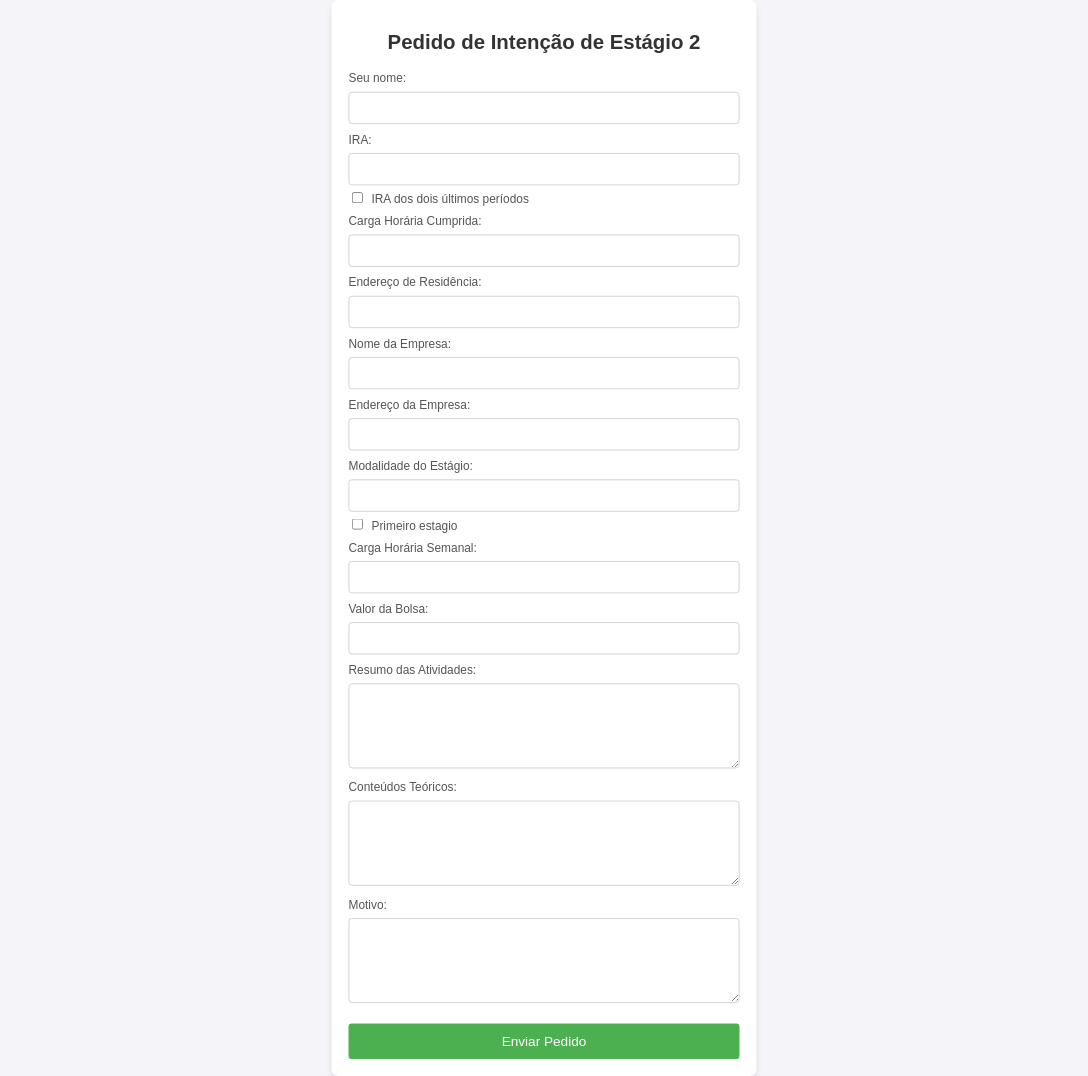
Repository: CronosUchoa/ArqSoft
Page: http://localhost/PedidoIntencaoNovoEstagioRDG/
These files come from the project's save history. The page is drawn as it stood at one moment and after the next save; the edit follows.
The browser window is 1280 px wide. The pictures show the whole page, at 85% of full size.
The page is served by Tomcat 9. Other server files are loaded and not shown.

Above is the page before, as saved 2024-11-27 12:42:40.

### PedidoIntencaoNovoEstagioRDG/src/main/webapp/WEB-INF/JSPS/index.jsp
<!DOCTYPE html>
<html lang="pt-br">
<head>
    <meta charset="UTF-8">
    <meta name="viewport" content="width=device-width, initial-scale=1.0">
    <title>Formulário de Pedido de Intenção</title>
    <style>
        body {
            font-family: Arial, sans-serif;
            background-color: #f4f4f9;
            display: flex;
            justify-content: center;
            align-items: center;
            margin: 0;
        }
        form {
            background-color: #fff;
            padding: 20px;
            border-radius: 8px;
            box-shadow: 0 4px 8px rgba(0, 0, 0, 0.1);
            width: 100%;
            max-width: 500px;
            box-sizing: border-box;
        }
        h1 {
            text-align: center;
            color: #333;
            font-size: 24px;
            margin-bottom: 20px;
        }
        label {
            font-size: 14px;
            color: #555;
            margin-top: 10px;
            display: block;
        }
        input, textarea, button {
            width: 100%;
            padding: 10px;
            margin-top: 8px;
            border-radius: 4px;
            border: 1px solid #ccc;
            font-size: 14px;
            box-sizing: border-box;
        }
        textarea {
            resize: vertical;
            min-height: 100px;
        }
        button {
            background-color: #4CAF50;
            color: white;
            border: none;
            cursor: pointer;
            font-size: 16px;
            margin-top: 20px;
            padding: 12px;
        }
        button:hover {
            background-color: #45a049;
        }
        /* New styles for checkbox container */
        .checkbox-container {
            display: flex;
            align-items: center;
            margin-top: 8px;
        }
        .checkbox-container input {
            width: auto;
            margin-right: 10px;
            margin-top: 0;
        }
        .checkbox-container label {
            margin-top: 0;
            display: inline;
        }
        .message {
            padding: 10px;
            margin-bottom: 20px;
            text-align: center;
            font-size: 14px;
            border-radius: 4px;
        }
        .success {
            background-color: #e6ffe6;
            color: #4CAF50;
            border: 1px solid #4CAF50;
        }
        .error {
            background-color: #ffe6e6;
            color: #f44336;
            border: 1px solid #f44336;
        }
    </style>
</head>
<body>
    <form action="Controller" method="post" onsubmit="return validarEGerarIdentificador()">
        <h1>Pedido de Intenção de Estágio 2</h1>
        <input type="hidden" name="action" value="criarPedidoIntencao">

         <!-- Área para mensagens -->
        <%
            String mensagem = (String) request.getAttribute("mensagem");
            String tipoMensagem = (String) request.getAttribute("tipoMensagem");
            if (mensagem != null && tipoMensagem != null) {
        %>
            <div class="message <%= tipoMensagem %>">
                <%= mensagem %>
            </div>
        <% } %>

	    <input type="hidden" name="identificadorExistente" id="identificadorExistente">
	    <input type="hidden" name="identificador" id="identificador">

	    <script>
	    function validarEGerarIdentificador() {
	        // Recupera o identificador do usuário se já existir
	        const identificadorSalvo = localStorage.getItem('identificadorPedido_' + document.getElementById('usuario').value);

	        // Se já existir um identificador para este usuário
	        if (identificadorSalvo) {
	            // Verifica se deseja continuar
	            const confirmar = confirm('Você já tem um pedido de intenção em andamento. Deseja continuar mesmo assim?');

	            if (confirmar) {
	                // Mantém o identificador existente
	                document.getElementById('identificadorExistente').value = identificadorSalvo;
	                return true;
	            } else {
	                // Cancela o envio do formulário
	                return false;
	            }
	        } else {
	            // Gera novo identificador
	            const novoIdentificador = 'ID-' +
	                new Date().getTime() +
	                '-' +
	                Math.random().toString(36).substr(2, 9);

	            // Salva o novo identificador no localStorage
	            localStorage.setItem('identificadorPedido_' + document.getElementById('usuario').value, novoIdentificador);

	            // Define o valor do campo oculto
	            document.getElementById('identificador').value = novoIdentificador;

	            return true;
	        }
	    }
	    </script>

        <label for="usuario">Seu nome:</label>
        <input type="text" name="usuario" id="usuario" required><br>

        <label for="ira">IRA:</label>
        <input type="number" name="ira" id="ira" required><br>

        <div class="checkbox-container">
            <input type="checkbox" name="iraUlt" id="iraUlt" value="true" onclick="this.value = this.checked ? 'true' : 'false';">
            <label for="iraUlt">IRA dos dois últimos períodos</label>
        </div>

        <label for="cargaHorariaCumprida">Carga Horária Cumprida:</label>
        <input type="number" name="cargaHorariaCumprida" id="cargaHorariaCumprida" required><br>

        <label for="enderecoResidencia">Endereço de Residência:</label>
        <input type="text" name="enderecoResidencia" id="enderecoResidencia" required><br>

        <label for="nomeEmpresa">Nome da Empresa:</label>
        <input type="text" name="nomeEmpresa" id="nomeEmpresa" required><br>

        <label for="enderecoEmpresa">Endereço da Empresa:</label>
        <input type="text" name="enderecoEmpresa" id="enderecoEmpresa" required><br>

        <label for="modalidadeEstagio">Modalidade do Estágio:</label>
        <input type="text" name="modalidadeEstagio" id="modalidadeEstagio" required><br>

         <div class="checkbox-container">
            <input type="checkbox" name="primeiroEstagio" id="primeiroEstagio" value="true" onclick="this.value = this.checked ? 'true' : 'false';">
            <label for="primeiroEstagio">Primeiro estagio</label>
        </div>

        <label for="cargaHorariaSemanal">Carga Horária Semanal:</label>
        <input type="number" name="cargaHorariaSemanal" id="cargaHorariaSemanal" required><br>

        <label for="valorBolsa">Valor da Bolsa:</label>
        <input type="number" name="valorBolsa" id="valorBolsa" required><br>

        <label for="resumoAtividades">Resumo das Atividades:</label>
        <textarea name="resumoAtividades" id="resumoAtividades" required></textarea><br>

        <label for="conteudosTeoricos">Conteúdos Teóricos:</label>
        <textarea name="conteudosTeoricos" id="conteudosTeoricos" required></textarea><br>

        <label for="motivo">Motivo:</label>
        <textarea name="motivo" id="motivo" required></textarea><br>

        <button type="submit">Enviar Pedido</button>
    </form>
</body>
</html>

### PedidoIntencaoNovoEstagioRDG/src/main/java/Home/Home.java
package Home;

import java.io.IOException;

import javax.servlet.RequestDispatcher;
import javax.servlet.ServletException;
import javax.servlet.annotation.WebServlet;
import javax.servlet.http.HttpServlet;
import javax.servlet.http.HttpServletRequest;
import javax.servlet.http.HttpServletResponse;

/**
 * Servlet implementation class Home
 */
@WebServlet("/")
public class Home extends HttpServlet {
	private static final long serialVersionUID = 1L;

    /**
     * @see HttpServlet#HttpServlet()
     */
    public Home() {
        super();
        // TODO Auto-generated constructor stub
    }

	/**
	 * @see HttpServlet#doGet(HttpServletRequest request, HttpServletResponse response)
	 */
	protected void doGet(HttpServletRequest request, HttpServletResponse response) throws ServletException, IOException {
		// TODO Auto-generated method stub
		//response.getWriter().append("Served atgab: ").append(request.getContextPath());
		RequestDispatcher dispatcher = request.getRequestDispatcher("./WEB-INF/JSPS/index.jsp");
		dispatcher.forward(request, response);
	}

	/**
	 * @see HttpServlet#doPost(HttpServletRequest request, HttpServletResponse response)
	 */
	protected void doPost(HttpServletRequest request, HttpServletResponse response) throws ServletException, IOException {
		// TODO Auto-generated method stub
		doGet(request, response);
	}

}

After the next save:
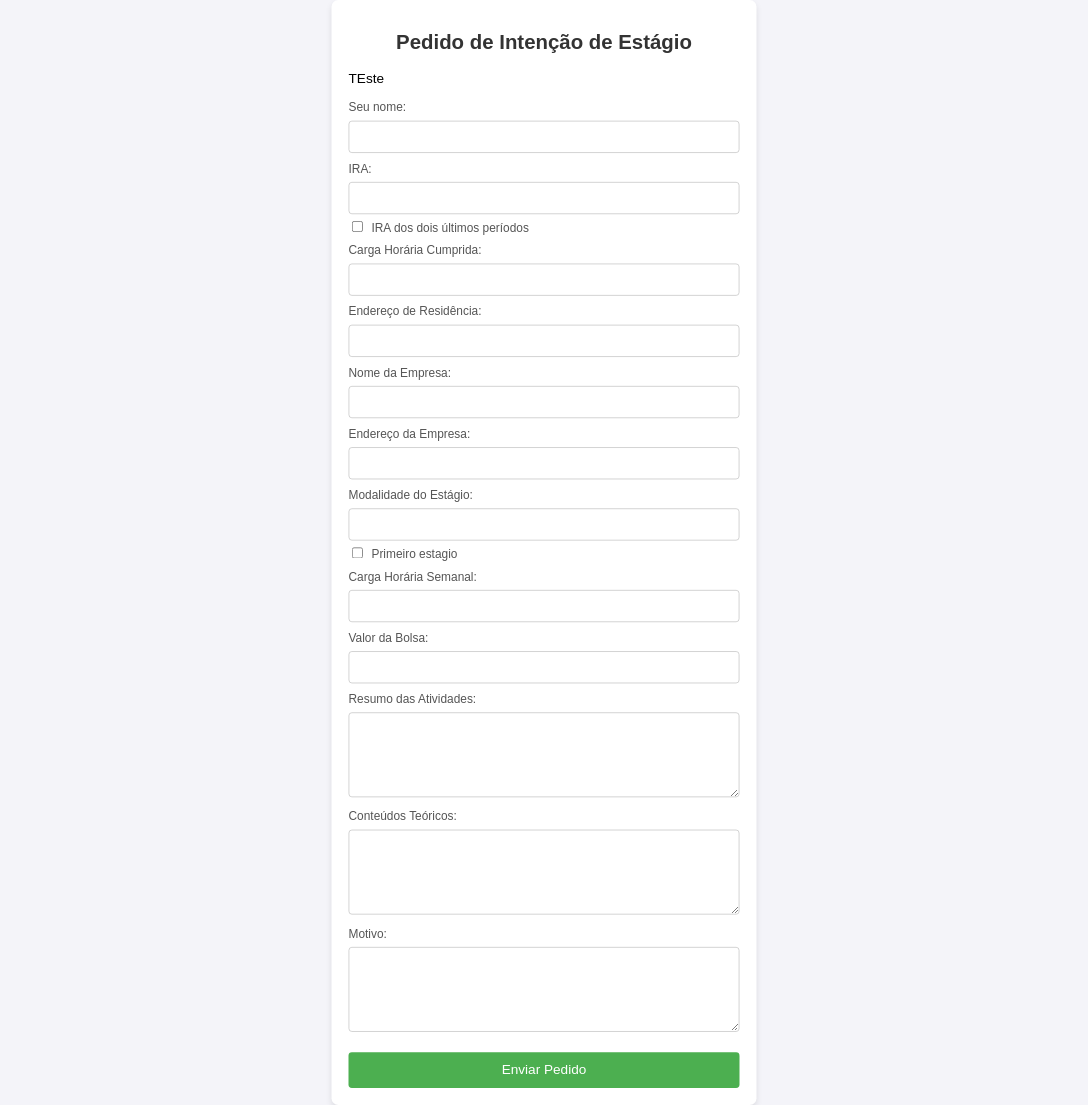
Saved 6 min 1 s later.
--- a/PedidoIntencaoNovoEstagioRDG/src/main/webapp/WEB-INF/JSPS/index.jsp
+++ b/PedidoIntencaoNovoEstagioRDG/src/main/webapp/WEB-INF/JSPS/index.jsp
@@ -95,7 +95,8 @@
 </head>
 <body>
     <form action="Controller" method="post" onsubmit="return validarEGerarIdentificador()">
-        <h1>Pedido de Intenção de Estágio 2</h1>
+        <h1>Pedido de Intenção de Estágio</h1>
+        <p>TEste</p>
         <input type="hidden" name="action" value="criarPedidoIntencao">
 
          <!-- Área para mensagens -->
